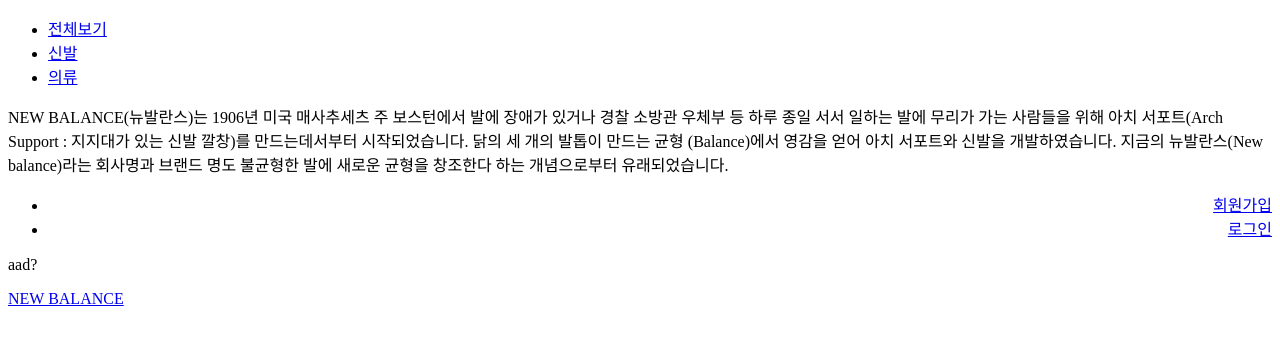
Repository: gotdori/spring
Page: http://localhost/LDM/WEB-INF/views/include/nav.jsp
The author's editor kept a copy of each file at every save. The page is drawn from the files as they stood at one save, then again after the next save.
The browser window is 1280 px wide. The pictures show the whole page.
The page is served by Tomcat 9. Nobody is signed in. The template is opened directly, without the code that normally fills it, so the values that code supplies are empty.

Above is the page before, as saved 2023-03-23 08:32:38.

After the next save:
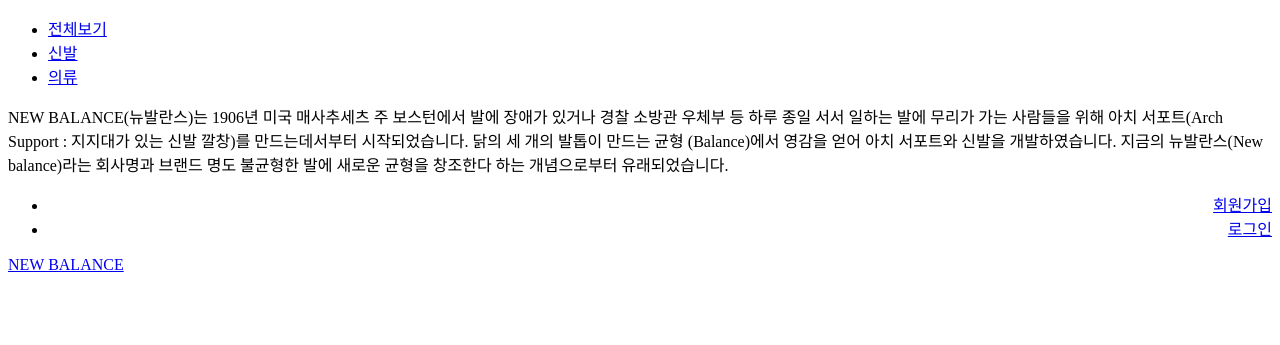
Saved 51 s later.
--- a/spring_workspace1/LDM/src/main/webapp/WEB-INF/views/include/nav.jsp
+++ b/spring_workspace1/LDM/src/main/webapp/WEB-INF/views/include/nav.jsp
@@ -46,11 +46,8 @@
 
 	<nav class="navbar navbar-light custom-navbar">
 		<div class="container">
-		<div>
-			<p>aad?</p>
 			<a class="navbar-brand" href="${ctx}/mall/list">NEW BALANCE</a> <a href="#" class="burger" data-bs-toggle="collapse" data-bs-target="#main-navbar">
 			</a>
-		</div>
 		</div>
 	</nav>
 
